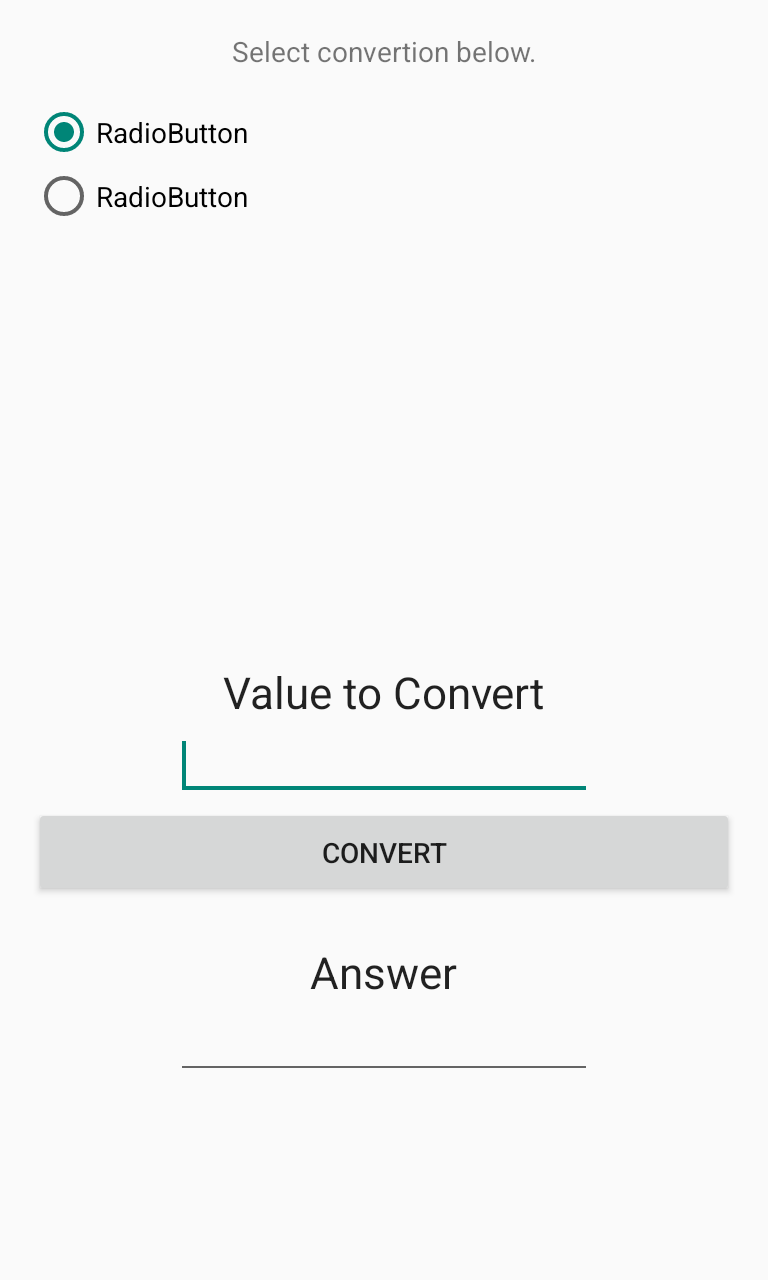
Repository: awayzo/6300Fall14Assignment4
Layout: UnitConvertor/res/layout/activity_dis.xml
The author's editor kept a copy of each file at every save. The layout is drawn from the files as they stood at one save, then again after the next save.
It is drawn on a 768 x 1280 px phone screen (xhdpi) without system bars, with theme AppTheme; the app's code is not run.

Above is the layout before, as saved 2014-09-27 07:52:15.

### UnitConvertor/res/layout/activity_dis.xml
<RelativeLayout xmlns:android="http://schemas.android.com/apk/res/android"
    xmlns:tools="http://schemas.android.com/tools"
    android:layout_width="match_parent"
    android:layout_height="match_parent"
    android:paddingBottom="@dimen/activity_vertical_margin"
    android:paddingLeft="@dimen/activity_horizontal_margin"
    android:paddingRight="@dimen/activity_horizontal_margin"
    android:paddingTop="@dimen/activity_vertical_margin"
    tools:context="edu.gatech.seclass.unitconvertor.DisActivity" >

    <TextView
        android:id="@+id/lblTitle_Distance"
        android:layout_width="wrap_content"
        android:layout_height="wrap_content"
        android:layout_alignParentTop="true"
        android:layout_centerHorizontal="true"
        android:text="Select convertion below." />

    <RadioGroup
        android:id="@+id/radioGroupDistance"
        android:layout_width="match_parent"
        android:layout_height="wrap_content"
        android:layout_below="@+id/lblTitle_Distance"
        android:layout_centerHorizontal="true"
        android:layout_marginTop="15dp" >

        <RadioButton
            android:id="@+id/radio0"
            android:layout_width="wrap_content"
            android:layout_height="wrap_content"
            android:checked="true"
            android:text="RadioButton" />

        <RadioButton
            android:id="@+id/radio1"
            android:layout_width="wrap_content"
            android:layout_height="wrap_content"
            android:text="RadioButton" />
    </RadioGroup>

    <Button
        android:id="@+id/btnConvert"
        android:layout_width="match_parent"
        android:layout_height="wrap_content"
        android:layout_above="@+id/lblAnswer"
        android:layout_centerHorizontal="true"
        android:layout_marginBottom="21dp"
        android:text="Convert" />

    <TextView
        android:id="@+id/lblValue"
        android:layout_width="wrap_content"
        android:layout_height="wrap_content"
        android:layout_above="@+id/txtValue"
        android:layout_centerHorizontal="true"
        android:text="Value to Convert"
        android:textAppearance="?android:attr/textAppearanceLarge" />

    <EditText
        android:id="@+id/txtValue"
        android:layout_width="wrap_content"
        android:layout_height="wrap_content"
        android:layout_above="@+id/btnConvert"
        android:layout_alignLeft="@+id/txtAnswer"
        android:ems="10"
        android:inputType="numberDecimal" >

        <requestFocus />
    </EditText>

    <EditText
        android:id="@+id/txtAnswer"
        android:layout_width="wrap_content"
        android:layout_height="wrap_content"
        android:layout_alignParentBottom="true"
        android:layout_centerHorizontal="true"
        android:layout_marginBottom="82dp"
        android:ems="10"
        android:inputType="numberDecimal" />

    <TextView
        android:id="@+id/lblAnswer"
        android:layout_width="wrap_content"
        android:layout_height="wrap_content"
        android:layout_above="@+id/txtAnswer"
        android:layout_centerHorizontal="true"
        android:text="Answer"
        android:textAppearance="?android:attr/textAppearanceLarge" />

</RelativeLayout>

Loaded but not shown: UnitConvertor/res/values/styles.xml (common file); UnitConvertor/res/values-v11/styles.xml (common file); UnitConvertor/res/values-v14/styles.xml (common file); UnitConvertor/res/values/dimens.xml (common file); UnitConvertor/res/values-w820dp/dimens.xml (common file)

After the next save:
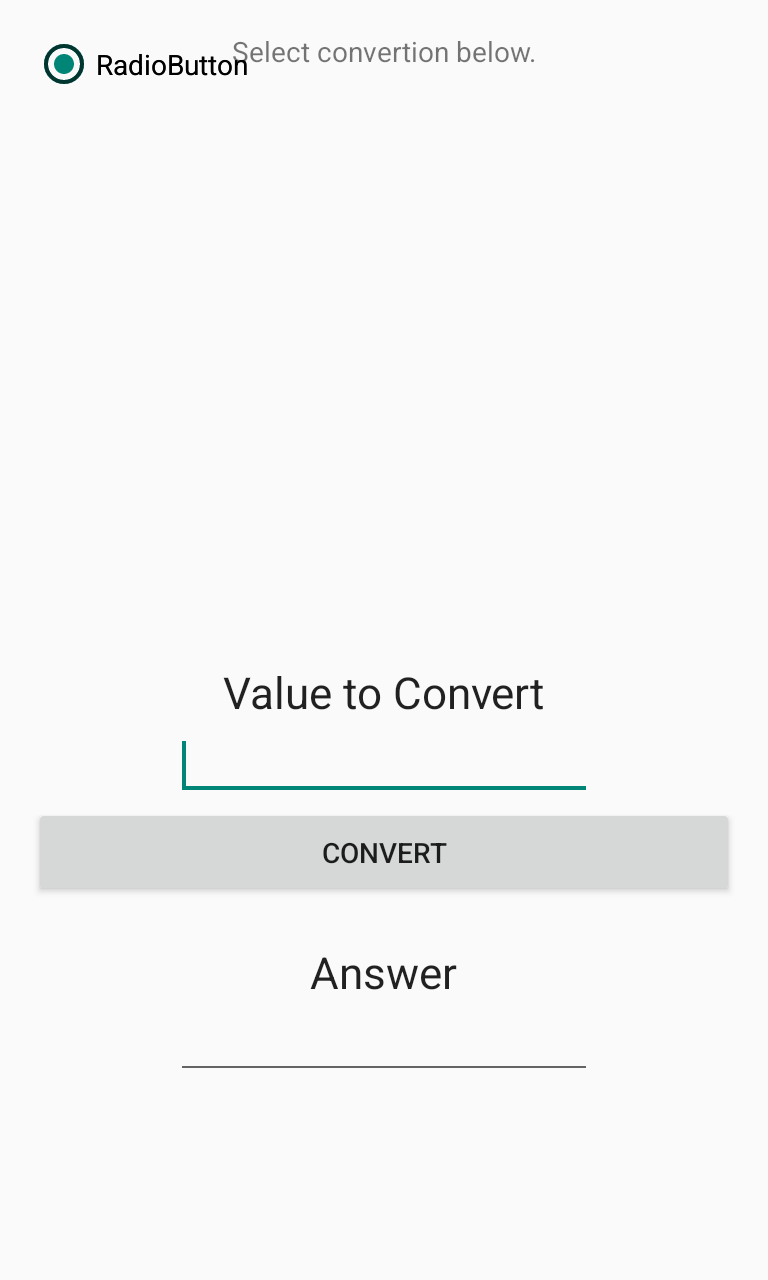
Saved 2 min 28 s later.
--- a/UnitConvertor/res/layout/activity_dis.xml
+++ b/UnitConvertor/res/layout/activity_dis.xml
@@ -16,13 +16,7 @@
         android:layout_centerHorizontal="true"
         android:text="Select convertion below." />
 
-    <RadioGroup
-        android:id="@+id/radioGroupDistance"
-        android:layout_width="match_parent"
-        android:layout_height="wrap_content"
-        android:layout_below="@+id/lblTitle_Distance"
-        android:layout_centerHorizontal="true"
-        android:layout_marginTop="15dp" >
+
 
         <RadioButton
             android:id="@+id/radio0"
@@ -36,7 +30,7 @@
             android:layout_width="wrap_content"
             android:layout_height="wrap_content"
             android:text="RadioButton" />
-    </RadioGroup>
+
 
     <Button
         android:id="@+id/btnConvert"
